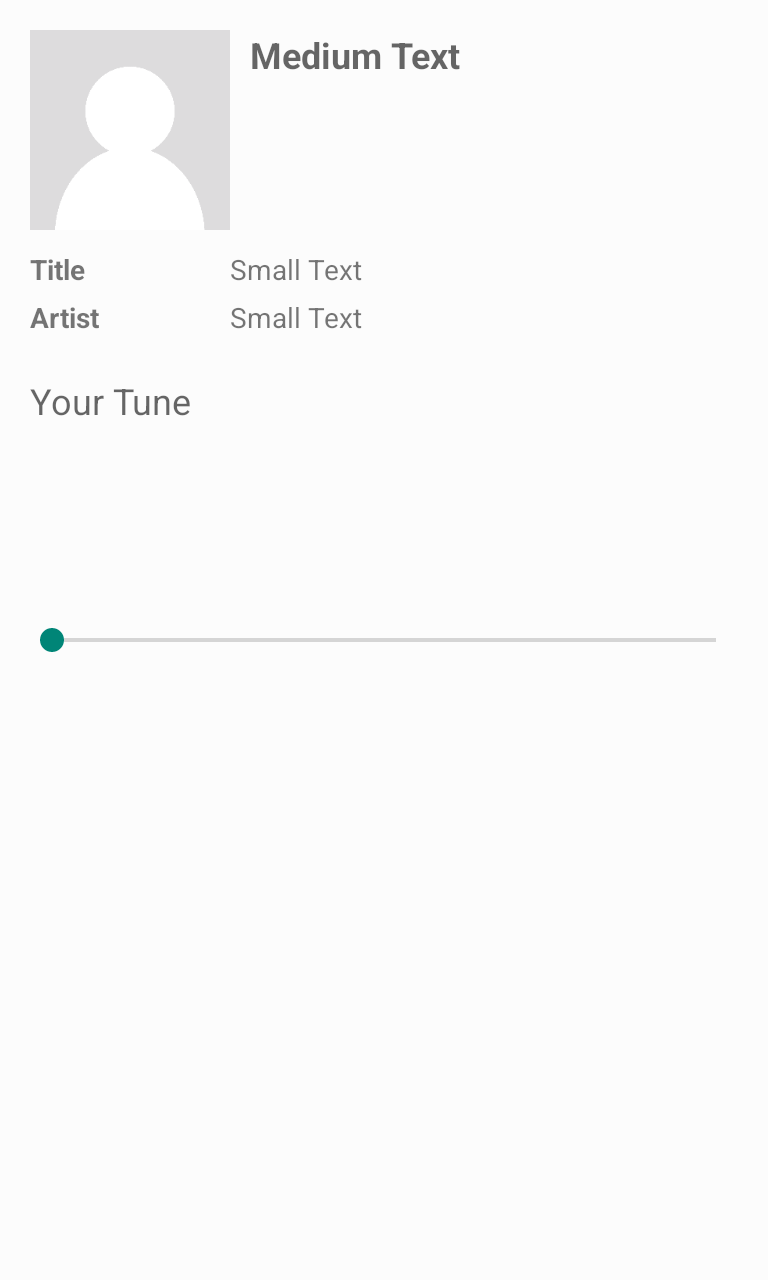
Repository: savindra/cutting-edge
Layout: Humzearch/res/layout/view_response_item.xml
The author's editor kept a copy of each file at every save. The layout is drawn from the files as they stood at one save, then again after the next save.
It is drawn on a 768 x 1280 px phone screen (xhdpi) without system bars, with theme AppTheme; the app's code is not run.

Above is the layout before, as saved 2015-06-15 17:23:27.

### Humzearch/res/layout/view_response_item.xml
<?xml version="1.0" encoding="utf-8"?>
<RelativeLayout xmlns:android="http://schemas.android.com/apk/res/android"
    android:layout_width="match_parent"
    android:layout_height="match_parent"
    android:background="@color/background"
    android:orientation="vertical" >

    <ImageView
        android:id="@+id/imgViewResponseItemUser"
        android:layout_width="100dp"
        android:layout_height="100dp"
        android:layout_alignParentLeft="true"
        android:layout_alignParentTop="true"
        android:layout_marginLeft="15dp"
        android:layout_marginTop="15dp"
        android:src="@drawable/ic_default_user" />

    <LinearLayout
        android:id="@+id/linearLayout1"
        android:layout_width="wrap_content"
        android:layout_height="wrap_content"
        android:layout_alignParentLeft="true"
        android:layout_below="@+id/imgViewResponseItemUser"
        android:layout_marginLeft="15dp"
        android:layout_marginTop="10dp" >

        <TextView
            android:id="@+id/textView1"
            android:layout_width="100dp"
            android:layout_height="wrap_content"
            android:text="@string/title"
            android:textAppearance="?android:attr/textAppearanceSmall"
            android:textStyle="bold" />

        <TextView
            android:id="@+id/txtViewResponseItemTitle"
            android:layout_width="wrap_content"
            android:layout_height="wrap_content"
            android:text="Small Text"
            android:textAppearance="?android:attr/textAppearanceSmall" />
    </LinearLayout>

    <TextView
        android:id="@+id/txtViewResponseName"
        android:layout_width="wrap_content"
        android:layout_height="wrap_content"
        android:layout_alignTop="@+id/imgViewResponseItemUser"
        android:layout_marginLeft="10dp"
        android:layout_toRightOf="@+id/imgViewResponseItemUser"
        android:text="Medium Text"
        android:textAppearance="?android:attr/textAppearanceMedium"
        android:textStyle="bold" />

    <LinearLayout
        android:id="@+id/linearLayout2"
        android:layout_width="wrap_content"
        android:layout_height="wrap_content"
        android:layout_alignLeft="@+id/linearLayout1"
        android:layout_below="@+id/linearLayout1"
        android:layout_marginTop="5dp" >

        <TextView
            android:id="@+id/textView2"
            android:layout_width="100dp"
            android:layout_height="wrap_content"
            android:text="@string/artist"
            android:textAppearance="?android:attr/textAppearanceSmall"
            android:textStyle="bold" />

        <TextView
            android:id="@+id/textView3"
            android:layout_width="wrap_content"
            android:layout_height="wrap_content"
            android:text="Small Text"
            android:textAppearance="?android:attr/textAppearanceSmall" />
    </LinearLayout>

    <TextView
        android:id="@+id/textView4"
        android:layout_width="wrap_content"
        android:layout_height="wrap_content"
        android:layout_alignLeft="@+id/linearLayout2"
        android:layout_below="@+id/linearLayout2"
        android:layout_marginTop="20dp"
        android:text="@string/yourtune"
        android:textAppearance="?android:attr/textAppearanceMedium" />

    <SeekBar
        android:id="@+id/seekBar1"
        android:layout_width="match_parent"
        android:layout_height="wrap_content"
        android:layout_alignParentLeft="true"
        android:layout_centerVertical="true"
        android:layout_margin="10dp" />

    <LinearLayout
        android:layout_width="wrap_content"
        android:layout_height="wrap_content"
        android:layout_below="@+id/seekBar1" >
    </LinearLayout>

</RelativeLayout>

### Humzearch/res/values-v21/style.xml
<?xml version="1.0" encoding="utf-8"?>
<resources>
    <style name="AppTheme" parent="AppTheme.Base">
        <!-- Customize your theme using Material Design here. -->
    </style>
</resources>

### Humzearch/res/values/styles.xml
<resources>

    <!-- Base application theme. -->
    <style name="AppTheme" parent="AppTheme.Base"/>

    <style name="AppTheme.Base" parent="Theme.AppCompat.Light.DarkActionBar">
        <!-- Customize your theme here. -->

        <!-- colorPrimary is used for the default action bar background -->
        <item name="colorPrimary">@color/ColorPrimary</item>

        <!-- colorPrimaryDark is used for the status bar -->
        <item name="colorPrimaryDark">@color/ColorPrimaryDark</item>

        <!-- colorAccent is used as the default value for colorControlActivated
             which is used to tint widgets -->

        <!-- You can also set colorControlNormal, colorControlActivated
             colorControlHighlight & colorSwitchThumbNormal. -->

        <item name="homeAsUpIndicator">@drawable/ic_drawer</item>
		<item name="android:homeAsUpIndicator">@drawable/ic_drawer</item>
    </style>

    <style name="AppTheme.NoTitleBar" parent="Theme.AppCompat.Light.NoActionBar">
        <!-- Customize your theme here. -->

        <!-- colorPrimary is used for the default action bar background -->
        <item name="colorPrimary">@color/ColorPrimary</item>

        <!-- colorPrimaryDark is used for the status bar -->
        <item name="colorPrimaryDark">@color/ColorPrimaryDark</item>

        <!-- colorAccent is used as the default value for colorControlActivated
             which is used to tint widgets -->

        <!-- You can also set colorControlNormal, colorControlActivated
             colorControlHighlight & colorSwitchThumbNormal. -->
    </style>

    <style name="AppTheme.BackButton" parent="Theme.AppCompat.Light.DarkActionBar">
        <!-- Customize your theme here. -->

        <!-- colorPrimary is used for the default action bar background -->
        <item name="colorPrimary">@color/ColorPrimary</item>

        <!-- colorPrimaryDark is used for the status bar -->
        <item name="colorPrimaryDark">@color/ColorPrimaryDark</item>

        <!-- colorAccent is used as the default value for colorControlActivated
             which is used to tint widgets -->

        <!-- You can also set colorControlNormal, colorControlActivated
             colorControlHighlight & colorSwitchThumbNormal. -->
    </style>

    <style name="toolbar_bottom" parent="Widget.AppCompat.Toolbar">
    	<item name="contentInsetStart">0dp</item>
    	<item name="contentInsetEnd">0dp</item>
	</style>

</resources>

### Humzearch/res/values/color.xml
<?xml version="1.0" encoding="utf-8"?>
<resources>
    <color name="ColorPrimary">#e62117</color>
    <color name="ColorPrimaryDark">#c31c13</color>
    <color name="tabsScrollColor">#8a140e</color>
    <color name="fontblack">#000</color>

    <!-- Main menu colors -->
    <color name="list_item_title">#303030</color>
    <color name="list_background">#eee</color>
    <color name="list_background_pressed">#aaa</color>
    <color name="list_divider">#ccc</color>
    <color name="counter_text_bg">#626262</color>
    <color name="counter_text_color">#c5c4c4</color>

    <color name="button">#ccc</color>

    <color name="link">#909090</color>
    <color name="secondbar">#f5f5f5</color>
    <color name="background">#fcfcfc</color>

</resources>

### Humzearch/res/values/dimens.xml
<resources>

    <!-- Default screen margins, per the Android Design guidelines. -->
    <dimen name="activity_horizontal_margin">16dp</dimen>
    <dimen name="activity_vertical_margin">16dp</dimen>
    <dimen name="fontsize">18sp</dimen>

    <dimen name="title">17dp</dimen>
    <dimen name="rating">15dip</dimen>
    <dimen name="genre">13dip</dimen>
    <dimen name="year">12dip</dimen>

</resources>

### Humzearch/res/values/strings.xml
<?xml version="1.0" encoding="utf-8"?>
<resources>

    <string name="app_name">Humzearch</string>
    <string name="hello_world">Hello world!</string>
    <string name="action_settings">Settings</string>
    <string name="username">Username</string>
    <string name="email">Email</string>
    <string name="password">Password</string>
    <string name="login">Login</string>
    <string name="firstname">First Name</string>
    <string name="fullname">Full Name</string>
    <string name="firstandlast">First and Last Name</string>
    <string name="passwordhint">At least 6 characters</string>
    <string name="confirmpass">Confirm Password</string>
    <string name="logout">Logout</string>

    <!-- Nav Drawer Menu Items -->
    <string-array name="main_menu_items">
        <item >Record Tune</item>
        <item >View Tunes</item>
        <item >View Responses</item>
        <item >Rewards</item>
        <item >Messages</item>
        <item >My Account</item>
    </string-array>

    <!-- Nav Drawer List Item Icons -->
    <array name="main_menu_icons">
        <item>@drawable/ic_recordtune</item>
        <item>@drawable/ic_viewtune</item>
        <item>@drawable/ic_viewresponse</item>
        <item>@drawable/ic_reward</item>
        <item>@drawable/ic_messages</item>
        <item>@drawable/ic_myaccount</item>
    </array>

    <string name="desc_list_item_icon">Item Icon</string>

    <string name="timerstart">00:00</string>

    <string name="taptorecord">Tap to Record</string>

    <string name="playpreview">Play Preview</string>

    <string name="notsatisfied">Not satisfied with results?</string>

    <string name="sharewithcommunity">SHARE WITH COMMUNITY</string>

    <!-- Language List -->
    <string-array name="language_array">
        <item>-- Not Selected --</item>
        <item>English</item>
        <item>Chinese/Mandarin</item>
        <item>Spanish</item>
        <item>Arabic</item>
        <item>Hindi</item>
        <item>Russain</item>
        <item>Sinhalese</item>
    </string-array>

    <!-- Country List -->
    <string-array name="countries_array">
        <item>-- Not Selected --</item>
	    <item>Afghanistan</item>
	    <item>Albania</item>
	    <item>Algeria</item>
	    <item>American Samoa</item>
	    <item>Andorra</item>
	    <item>Angola</item>
	    <item>Anguilla</item>
	    <item>Antarctica</item>
	    <item>Antigua and Barbuda</item>
	    <item>Argentina</item>
	    <item>Armenia</item>
	    <item>Aruba</item>
	    <item>Australia</item>
	    <item>Austria</item>
	    <item>Azerbaijan</item>
	    <item>Bahrain</item>
	    <item>Bangladesh</item>
	    <item>Barbados</item>
	    <item>Belarus</item>
	    <item>Belgium</item>
	    <item>Belize</item>
	    <item>Benin</item>
	    <item>Bermuda</item>
	    <item>Bhutan</item>
	    <item>Bolivia</item>
	    <item>Bosnia and Herzegovina</item>
	    <item>Botswana</item>
	    <item>Bouvet Island</item>
	    <item>Brazil</item>
	    <item>British Indian Ocean Territory</item>
	    <item>British Virgin Islands</item>
	    <item>Brunei</item>
	    <item>Bulgaria</item>
	    <item>Burkina Faso</item>
	    <item>Burundi</item>
	    <item>Cambodia</item>
	    <item>Cameroon</item>
	    <item>Canada</item>
	    <item>Cape Verde</item>
	    <item>Cayman Islands</item>
	    <item>Central African Republic</item>
	    <item>Chad</item>
	    <item>Chile</item>
	    <item>China</item>
	    <item>Christmas Island</item>
	    <item>Cocos (Keeling) Islands</item>
	    <item>Colombia</item>
	    <item>Comoros</item>
	    <item>Congo</item>
	    <item>Cook Islands</item>
	    <item>Costa Rica</item>
	    <item>Cote d\'Ivoire</item>
	    <item>Croatia</item>
	    <item>Cuba</item>
	    <item>Cyprus</item>
	    <item>Czech Republic</item>
	    <item>Democratic Republic of the Congo</item>
	    <item>Denmark</item>
	    <item>Djibouti</item>
	    <item>Dominica</item>
	    <item>Dominican Republic</item>
	    <item>East Timor</item>
	    <item>Ecuador</item>
	    <item>Egypt</item>
	    <item>El Salvador</item>
	    <item>Equatorial Guinea</item>
	    <item>Eritrea</item>
	    <item>Estonia</item>
	    <item>Ethiopia</item>
	    <item>Faeroe Islands</item>
	    <item>Falkland Islands</item>
	    <item>Fiji</item>
	    <item>Finland</item>
	    <item>Former Yugoslav Republic of Macedonia</item>
	    <item>France</item>
	    <item>French Guiana</item>
	    <item>French Polynesia</item>
	    <item>French Southern Territories</item>
	    <item>Gabon</item>
	    <item>Georgia</item>
	    <item>Germany</item>
	    <item>Ghana</item>
	    <item>Gibraltar</item>
	    <item>Greece</item>
	    <item>Greenland</item>
	    <item>Grenada</item>
	    <item>Guadeloupe</item>
	    <item>Guam</item>
	    <item>Guatemala</item>
	    <item>Guinea</item>
	    <item>Guinea-Bissau</item>
	    <item>Guyana</item>
	    <item>Haiti</item>
	    <item>Heard Island and McDonald Islands</item>
	    <item>Honduras</item>
	    <item>Hong Kong</item>
	    <item>Hungary</item>
	    <item>Iceland</item>
	    <item>India</item>
	    <item>Indonesia</item>
	    <item>Iran</item>
	    <item>Iraq</item>
	    <item>Ireland</item>
	    <item>Israel</item>
	    <item>Italy</item>
	    <item>Jamaica</item>
	    <item>Japan</item>
	    <item>Jordan</item>
	    <item>Kazakhstan</item>
	    <item>Kenya</item>
	    <item>Kiribati</item>
	    <item>Kuwait</item>
	    <item>Kyrgyzstan</item>
	    <item>Laos</item>
	    <item>Latvia</item>
	    <item>Lebanon</item>
	    <item>Lesotho</item>
	    <item>Liberia</item>
	    <item>Libya</item>
	    <item>Liechtenstein</item>
	    <item>Lithuania</item>
	    <item>Luxembourg</item>
	    <item>Macau</item>
	    <item>Madagascar</item>
	    <item>Malawi</item>
	    <item>Malaysia</item>
	    <item>Maldives</item>
	    <item>Mali</item>
	    <item>Malta</item>
	    <item>Marshall Islands</item>
	    <item>Martinique</item>
	    <item>Mauritania</item>
	    <item>Mauritius</item>
	    <item>Mayotte</item>
	    <item>Mexico</item>
	    <item>Micronesia</item>
	    <item>Moldova</item>
	    <item>Monaco</item>
	    <item>Mongolia</item>
	    <item>Montenegro</item>
	    <item>Montserrat</item>
	    <item>Morocco</item>
	    <item>Mozambique</item>
	    <item>Myanmar</item>
	    <item>Namibia</item>
	    <item>Nauru</item>
	    <item>Nepal</item>
	    <item>Netherlands</item>
	    <item>Netherlands Antilles</item>
	    <item>New Caledonia</item>
	    <item>New Zealand</item>
	    <item>Nicaragua</item>
	    <item>Niger</item>
	    <item>Nigeria</item>
	    <item>Niue</item>
	    <item>Norfolk Island</item>
	    <item>North Korea</item>
	    <item>Northern Marianas</item>
	    <item>Norway</item>
	    <item>Oman</item>
	    <item>Pakistan</item>
	    <item>Palau</item>
	    <item>Panama</item>
	    <item>Papua New Guinea</item>
	    <item>Paraguay</item>
	    <item>Peru</item>
	    <item>Philippines</item>
	    <item>Pitcairn Islands</item>
	    <item>Poland</item>
	    <item>Portugal</item>
	    <item>Puerto Rico</item>
	    <item>Qatar</item>
	    <item>Reunion</item>
	    <item>Romania</item>
	    <item>Russia</item>
	    <item>Rwanda</item>
	    <item>Sqo Tome and Principe</item>
	    <item>Saint Helena</item>
	    <item>Saint Kitts and Nevis</item>
	    <item>Saint Lucia</item>
	    <item>Saint Pierre and Miquelon</item>
	    <item>Saint Vincent and the Grenadines</item>
	    <item>Samoa</item>
	    <item>San Marino</item>
	    <item>Saudi Arabia</item>
	    <item>Senegal</item>
	    <item>Serbia</item>
	    <item>Seychelles</item>
	    <item>Sierra Leone</item>
	    <item>Singapore</item>
	    <item>Slovakia</item>
	    <item>Slovenia</item>
	    <item>Solomon Islands</item>
	    <item>Somalia</item>
	    <item>South Africa</item>
	    <item>South Georgia and the South Sandwich Islands</item>
	    <item>South Korea</item>
	    <item>South Sudan</item>
	    <item>Spain</item>
	    <item>Sri Lanka</item>
	    <item>Sudan</item>
	    <item>Suriname</item>
	    <item>Svalbard and Jan Mayen</item>
	    <item>Swaziland</item>
	    <item>Sweden</item>
	    <item>Switzerland</item>
	    <item>Syria</item>
	    <item>Taiwan</item>
	    <item>Tajikistan</item>
	    <item>Tanzania</item>
	    <item>Thailand</item>
	    <item>The Bahamas</item>
	    <item>The Gambia</item>
	    <item>Togo</item>
	    <item>Tokelau</item>
	    <item>Tonga</item>
	    <item>Trinidad and Tobago</item>
	    <item>Tunisia</item>
	    <item>Turkey</item>
	    <item>Turkmenistan</item>
	    <item>Turks and Caicos Islands</item>
	    <item>Tuvalu</item>
	    <item>Virgin Islands</item>
	    <item>Uganda</item>
	    <item>Ukraine</item>
	    <item>United Arab Emirates</item>
	    <item>United Kingdom</item>
	    <item>United States</item>
	    <item>United States Minor Outlying Islands</item>
	    <item>Uruguay</item>
	    <item>Uzbekistan</item>
	    <item>Vanuatu</item>
	    <item>Vatican City</item>
	    <item>Venezuela</item>
	    <item>Vietnam</item>
	    <item>Wallis and Futuna</item>
	    <item>Western Sahara</item>
	    <item>Yemen</item>
	    <item>Yugoslavia</item>
	    <item>Zambia</item>
	    <item>Zimbabwe</item>
 	</string-array>
	    <string name="artist">Artist</string>
	    <string name="language">Language</string>
	    <string name="country">Country</string>
	    <string name="year">Year</string>
	    <string name="share">Share</string>
	    <string name="playtune">Play Tune</string>
	    <string name="addresponse">ADD RESPONSE</string>
	    <string name="title">Title</string>
	    <string name="alltunes">All Tunes</string>
	    <string name="mytunes">My Tunes</string>
	    <string name="deletepermanently">Delete Permanently</string>
	    <string name="yourtune">Your Tune</string>

</resources>

### Humzearch/res/drawable/play_button.xml
<?xml version="1.0" encoding="utf-8"?>
<selector xmlns:android="http://schemas.android.com/apk/res/android">
    <item android:drawable="@drawable/ic_play_pressed"
          android:state_pressed="true" />
    <item android:drawable="@drawable/ic_play_focussed"
          android:state_focused="true" />
    <item android:drawable="@drawable/ic_play_normal" />
</selector>

### Humzearch/res/drawable/pause_button.xml
<?xml version="1.0" encoding="utf-8"?>
<selector xmlns:android="http://schemas.android.com/apk/res/android">
    <item android:drawable="@drawable/ic_pause_pressed"
          android:state_pressed="true" />
    <item android:drawable="@drawable/ic_pause_focussed"
          android:state_focused="true" />
    <item android:drawable="@drawable/ic_pause_normal" />
</selector>

After the next save:
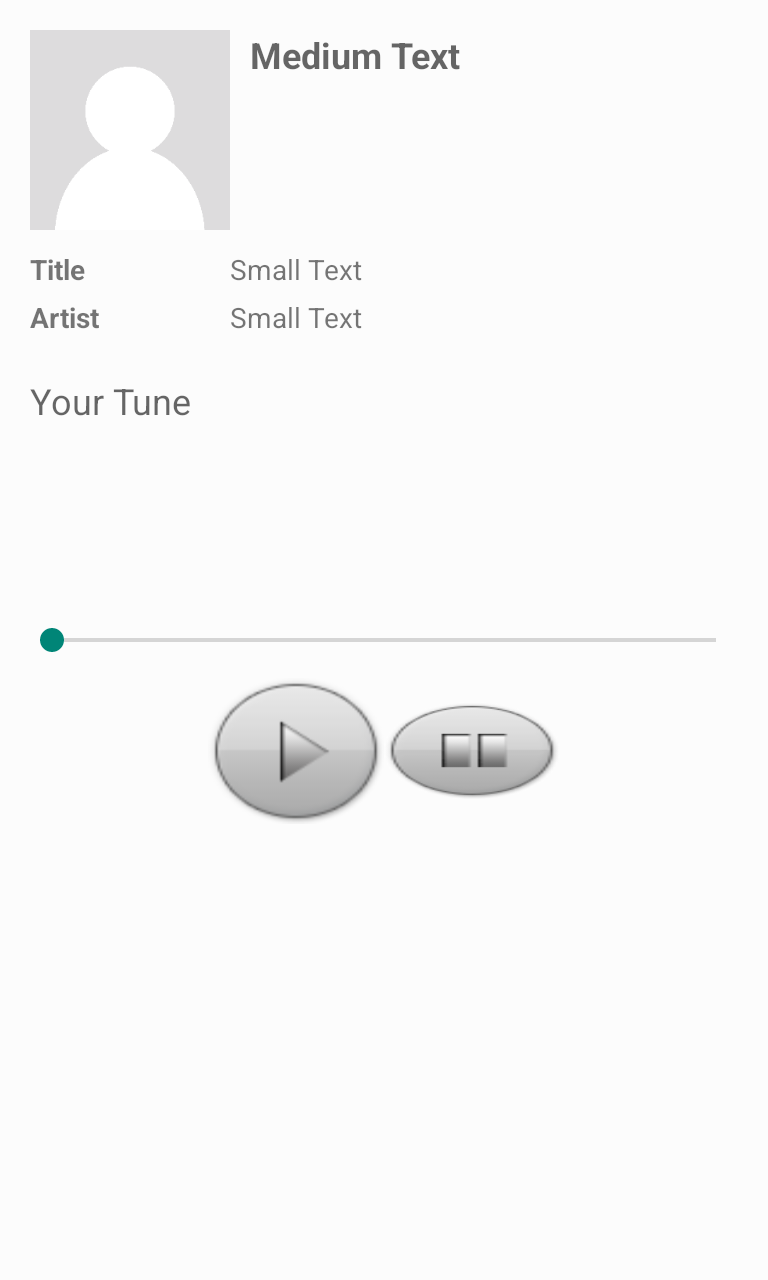
Saved 90 s later.
--- a/Humzearch/res/layout/view_response_item.xml
+++ b/Humzearch/res/layout/view_response_item.xml
@@ -94,9 +94,23 @@
         android:layout_margin="10dp" />
 
     <LinearLayout
-        android:layout_width="wrap_content"
+        android:layout_width="match_parent"
         android:layout_height="wrap_content"
-        android:layout_below="@+id/seekBar1" >
+        android:layout_below="@+id/seekBar1"
+        android:gravity="center" >
+
+        <Button
+            android:id="@+id/button1"
+            android:layout_width="wrap_content"
+            android:layout_height="wrap_content"
+            android:background="@drawable/play_button" />
+
+        <Button
+            android:id="@+id/button2"
+            android:layout_width="wrap_content"
+            android:layout_height="wrap_content"
+            android:background="@drawable/pause_button" />
+
     </LinearLayout>
 
 </RelativeLayout>
